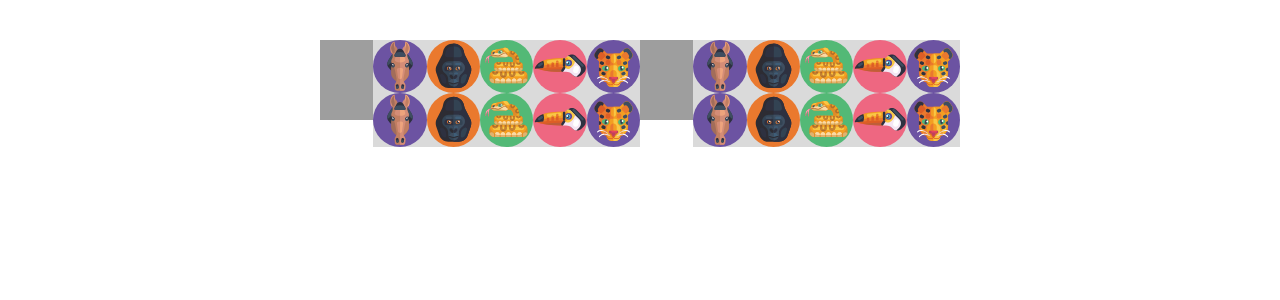
Repository: LeviUmr/JogoDaMemoria
Page: index.html
The author's editor kept a copy of each file at every save. The page is drawn from the files as they stood at one save, then again after the next save.
The browser window is 1280 px wide. The pictures show the whole page.
Pictures or frames that could not be fetched are drawn as grey boxes.

Above is the page before, as saved 2020-09-16 19:54:05.

After the next save:
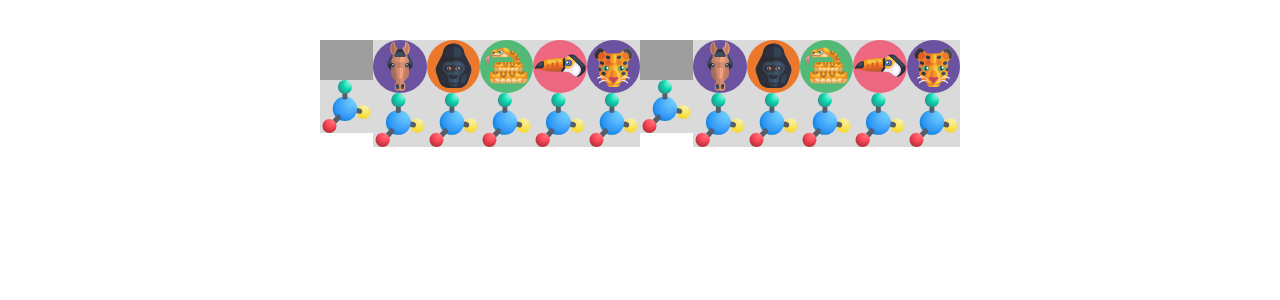
Saved 73 s later.
--- a/main.js
+++ b/main.js
@@ -11,7 +11,7 @@ images.forEach(img =>{
     HTML += `
     <div class="memory-card">
         <img class="front" src= "images/${img}">
-        <img class="back" src= "images/${img}">
+        <img class="back" src= "images/molecula.svg">
 
     </div>
     `
